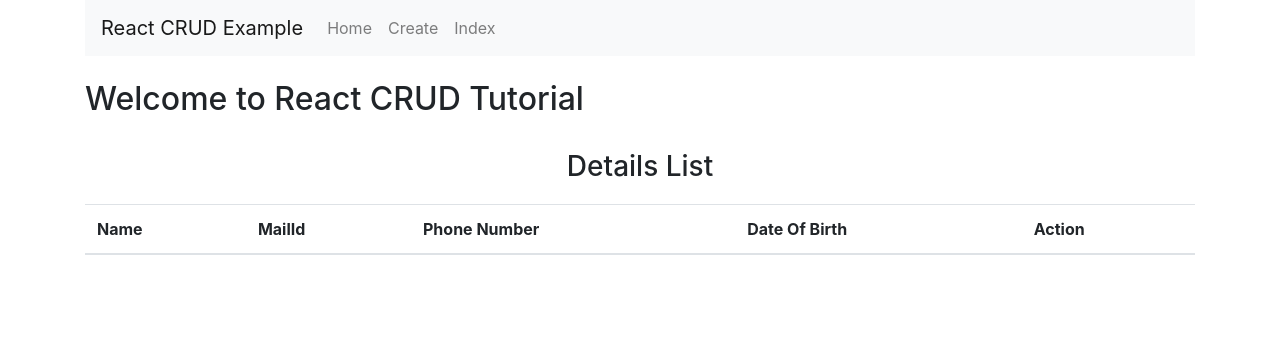
Repository: anushkagarg/crudreact
Page: /index
An editor plug-in stored every save of this project. The page is shown before and after the next save, followed by the edit.
The browser window is 1280 px wide. The pictures show the whole page.
The page's requests for data from a server got no answer. The project was rebuilt for these pictures with package versions that can differ from the ones it lists, and the page was loaded fresh each time. No one was signed in, and anything a server would have sent is missing. Also part of the build but not shown: src/components/create.component.js, src/components/TableRow.js, src/components/edit.component.js.

Above is the page before, as saved 2020-08-07 16:21:32.

### src/index.js
import React from "react";
import ReactDOM from "react-dom";
import { BrowserRouter } from "react-router-dom";
import App from "./App";
import * as serviceWorker from "./serviceWorker";

ReactDOM.render(
  <BrowserRouter>
    <App />
  </BrowserRouter>,
  document.getElementById("root")
);
// <React.StrictMode>
//   <App />
// </React.StrictMode>,
// document.getElementById('root')
//);

// If you want your app to work offline and load faster, you can change
// unregister() to register() below. Note this comes with some pitfalls.
// Learn more about service workers: https://bit.ly/CRA-PWA
serviceWorker.unregister();

### src/App.js
import React, { Component } from "react";
import "bootstrap/dist/css/bootstrap.min.css";
import {BrowserRouter as Router,Switch,Link,Route} from 'react-router-dom';
import Create from './components/create.component';
import Index from './components/index.component';
import Edit from './components/edit.component';

class App extends Component {
  render() {
    return (
      <Router>
      <div className="container">
      <nav className="navbar navbar-expand-lg navbar-light bg-light">
      <Link to={'/'} className="navbar-brand">React CRUD Example</Link>
      <div className="collapse navbar-collapse" id="navbarSupportedContent">
        <ul className="navbar-nav mr-auto">
        <li className="nav-item">
            <Link to={'/'} className="nav-link">Home</Link>
          </li>
          <li className="nav-item">
            <Link to={'/create'} className="nav-link">Create</Link>
          </li>
          <li className="nav-item">
            <Link to={'/index'} className="nav-link">Index</Link>
          </li>
        </ul>
      </div>
    </nav> <br/>
    <h2>Welcome to React CRUD Tutorial</h2> <br/>
    <Switch>
        <Route exact path='/create' component={ Create } />
        <Route path='/edit/:id' component={ Edit } />
        <Route path='/index' component={ Index } />
    </Switch>
  </div>
</Router>
    );
  }
}

export default App;

### src/components/index.component.js
import React, { Component } from "react";
import axios from "axios";
import TableRow from "./TableRow";

export default class Index extends Component {
  constructor(props) {
    super(props);
    this.state = { cruddetails: [] };
  }

  componentDidMount() {
    axios.get("http://localhost:4000/cruddetails")
      .then((response) => {
        this.setState({ cruddetails: response.data });
      })
      .catch(function (error) {
        console.log(error);
      });
  }
  tabRow() {
    return this.state.cruddetails.map(function (object, i) {
      return <TableRow obj={object} key={i} />;
    });
  }
  render() {
    return (
      <div>
        <h3 align="center">Details List</h3>
        <table className="table table-striped" style={{ marginTop: 20 }}>
          <thead>
            <tr>
              <th>Name</th>
              <th>MailId</th>
              <th>Phone Number</th>
              <th>Date Of Birth</th>
              <th colSpan="2">Action</th>
            </tr>
          </thead>
          <tbody>
          {this.tabRow()}
          </tbody>
        </table>
      </div>
    );
  }
}

Loaded but not shown: public/index.html (common file); src/serviceWorker.js (common file)

After the next save:
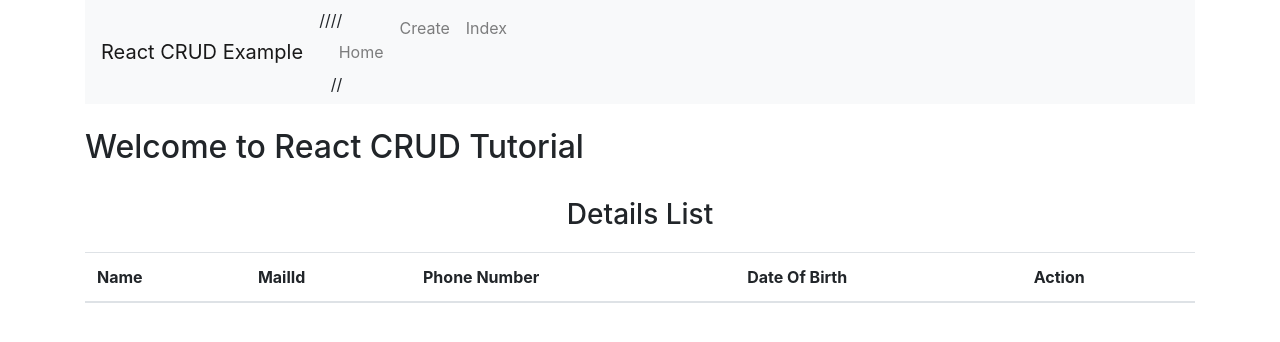
Saved 8 s later.
--- a/src/App.js
+++ b/src/App.js
@@ -14,9 +14,9 @@
       <Link to={'/'} className="navbar-brand">React CRUD Example</Link>
       <div className="collapse navbar-collapse" id="navbarSupportedContent">
         <ul className="navbar-nav mr-auto">
-        <li className="nav-item">
-            <Link to={'/'} className="nav-link">Home</Link>
-          </li>
+        // <li className="nav-item">
+        //     <Link to={'/'} className="nav-link">Home</Link>
+        //   </li>
           <li className="nav-item">
             <Link to={'/create'} className="nav-link">Create</Link>
           </li>

After the 5 saves that followed:
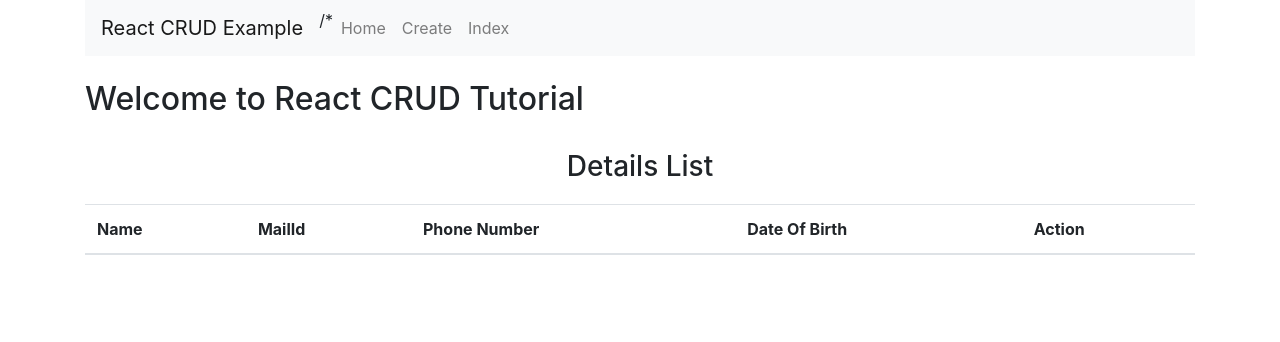
The 5 saves are shown as one change because they came seconds apart.
The last was saved 24 s later.
--- a/src/App.js
+++ b/src/App.js
@@ -14,9 +14,9 @@
       <Link to={'/'} className="navbar-brand">React CRUD Example</Link>
       <div className="collapse navbar-collapse" id="navbarSupportedContent">
         <ul className="navbar-nav mr-auto">
-        // <li className="nav-item">
-        //     <Link to={'/'} className="nav-link">Home</Link>
-        //   </li>
+        /*<li className="nav-item">
+          <Link to={'/'} className="nav-link">Home</Link>
+          </li>
           <li className="nav-item">
             <Link to={'/create'} className="nav-link">Create</Link>
           </li>
